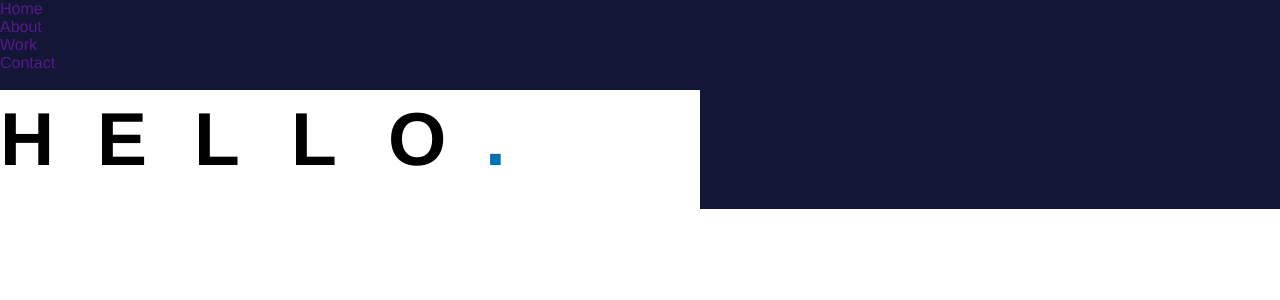
Repository: keloriane/animation-live
Page: /
An editor plug-in stored every save of this project. The page is shown before and after the next save, followed by the edit.
The browser window is 1280 px wide. The pictures show the whole page.
The project was rebuilt for these pictures with package versions that can differ from the ones it lists, and the page was loaded fresh each time.

Above is the page before, as saved 2020-02-18 10:25:07.

After the next save:
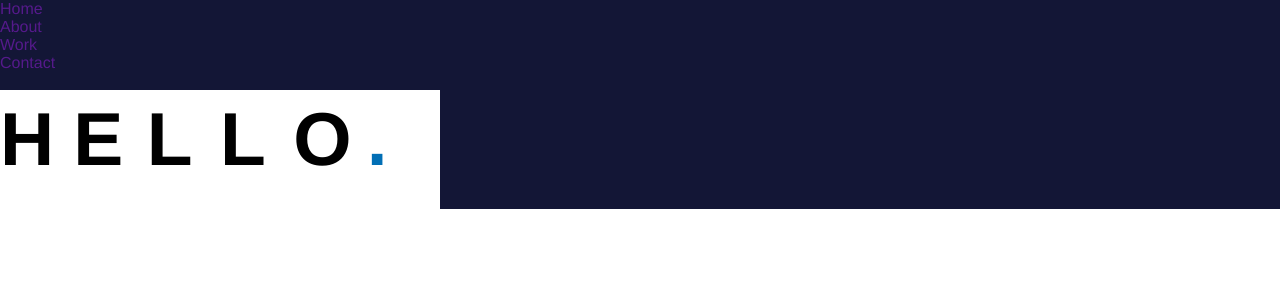
Saved 37 s later.
--- a/src/views/assets/Home.scss
+++ b/src/views/assets/Home.scss
@@ -1,7 +1,7 @@
 .title{
     display: flex;
     background-color: #fff;
-    width: 700px;
+    width: 440px;
 
     .square{
         width: 97px;
